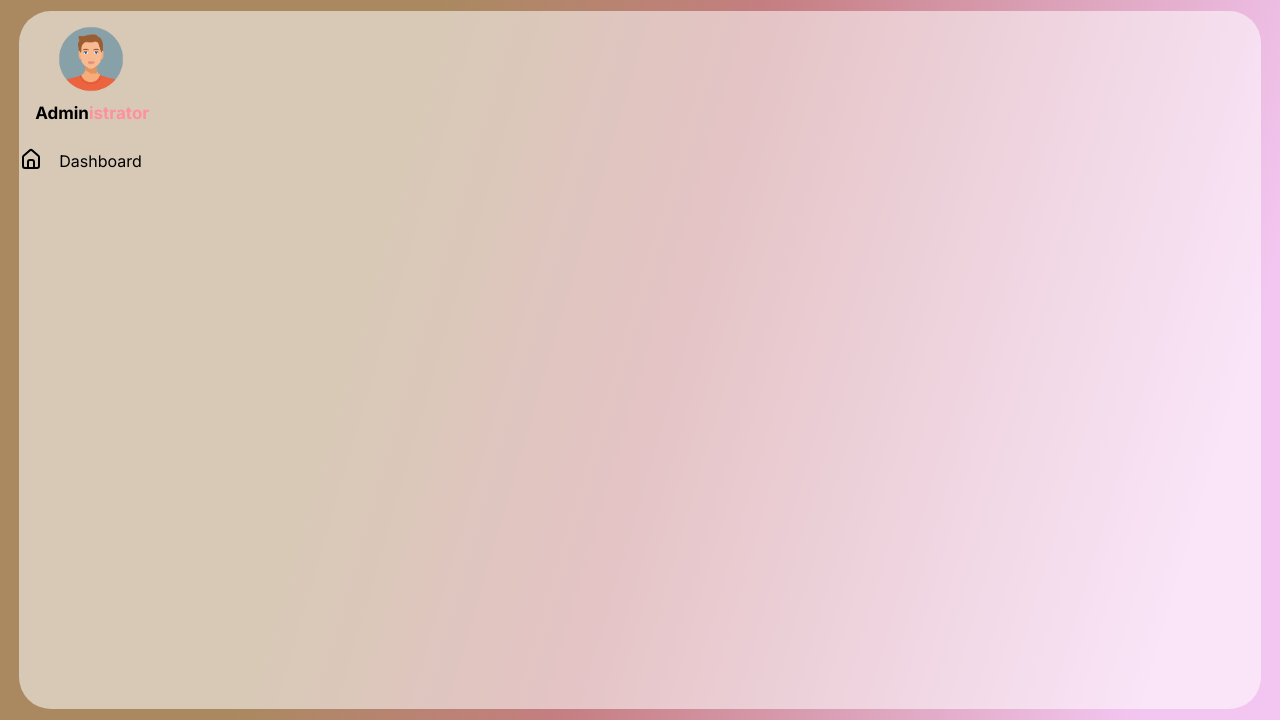
Repository: Zeeohn/react-admin-dash1
Page: /
The author's editor kept a copy of each file at every save. The page is drawn from the files as they stood at one save, then again after a run of saves.
The browser window is 1280 px wide. The pictures show the whole page.
The project was rebuilt for these pictures with package versions that can differ from the ones it lists, and the page was loaded fresh each time.

Above is the page before, as saved 2022-05-20 12:29:19.

### public/index.html
<!DOCTYPE html>
<html lang="en">
  <head>
    <meta charset="utf-8" />
    <meta name="viewport" content="width=device-width, initial-scale=1" />
    <meta name="theme-color" content="#000000" />
    <meta
      name="description"
      content="Web site created using create-react-app"
    />
    <link rel="preconnect" href="https://fonts.googleapis.com" />
    <link rel="preconnect" href="https://fonts.gstatic.com" crossorigin />
    <link
      href="https://fonts.googleapis.com/css2?family=Inter:wght@400;500;700&family=Poppins:ital,wght@0,100;0,200;0,300;0,400;0,500;0,600;0,700;0,800;0,900;1,100;1,200;1,300;1,400;1,500;1,600;1,700;1,800;1,900&display=swap"
      rel="stylesheet"
    />

    <style>
      body {
        margin: 0;
      }
    </style>
    <!--
      manifest.json provides metadata used when your web app is installed on a
      user's mobile device or desktop. See https://developers.google.com/web/fundamentals/web-app-manifest/
    -->
    <!--
      Notice the use of %PUBLIC_URL% in the tags above.
      It will be replaced with the URL of the `public` folder during the build.
      Only files inside the `public` folder can be referenced from the HTML.

      Unlike "/favicon.ico" or "favicon.ico", "%PUBLIC_URL%/favicon.ico" will
      work correctly both with client-side routing and a non-root public URL.
      Learn how to configure a non-root public URL by running `npm run build`.
    -->
    <title>React App</title>
  </head>
  <body>
    <noscript>You need to enable JavaScript to run this app.</noscript>
    <div id="root"></div>
    <!--
      This HTML file is a template.
      If you open it directly in the browser, you will see an empty page.

      You can add webfonts, meta tags, or analytics to this file.
      The build step will place the bundled scripts into the <body> tag.

      To begin the development, run `npm start` or `yarn start`.
      To create a production bundle, use `npm run build` or `yarn build`.
    -->
  </body>
</html>

### src/index.js
import React from 'react';
import ReactDOM from 'react-dom/client';
import App from './App';

const root = ReactDOM.createRoot(document.getElementById('root'));
root.render(
  <App />
)

// If you want to start measuring performance in your app, pass a function
// to log results (for example: reportWebVitals(console.log))
// or send to an analytics endpoint. Learn more: https://bit.ly/CRA-vitals

### src/App.js
import "./App.css";
import Sidebar from "./components/sidebar/Sidebar.jsx";

function App() {
  return (
    <div className="App">
      <div className="AppGlass">
        <Sidebar />
        <div></div>
        <div></div>
      </div>
    </div>
  );
}

export default App;

### src/App.css
:root {
  --yellow: linear-gradient(180deg, #f8d49a -146.42%, #fad79d -46.42%);
  --orange: #fca61f;
  --black: #242d49;
  --gray: #788097;
  --purple: linear-gradient(180deg, #bb67ff 0%, #c484f3 100%);
  --pink: #ff919d;
  --glass: rgba(255, 255, 255, 0.54);
  --boxShadow: 0px 19px 60px rgb(0 0 0 / 8%);
  --smboxShadow: -79px 51px 60px rgba(0, 0, 0, 0.08);
  --activeItem: #f799a354;
}

.App {
  background: linear-gradient(
    106.37deg,
    #aa8960 29.63%,
    #c57e81 51.55%,
    #f3c6f1 90.85%
  );
  height: 100vh;
  display: flex;
  justify-content: center;
  align-items: center;
  font-family: "Inter", sans-serif;
}

.AppGlass {
  display: grid;
  height: 97%;
  width: 97%;
  border-radius: 2rem;
  background-color: var(--glass);
  overflow: hidden;
  grid-template-columns: 11rem auto 23rem;
}

### src/components/sidebar/Sidebar.jsx
import React from "react";
import "./Sidebar.css";
import Placeholder from "../../imgs/placeholder.png";

import { UilEstate } from "@iconscout/react-unicons";

const Sidebar = () => {
  return (
    <div className="Sidebar">
      {/*logo*/}
      <div className="logo">
        <img src={Placeholder} alt="Admin placeholder" />
        <span>
          Admin<span>istrator</span>
        </span>
      </div>
      <div className="menu">
        <div className="menuItem">
          <div>
            <UilEstate />
          </div>
          <span>Dashboard</span>
        </div>
      </div>
    </div>
  );
};

export default Sidebar;

### src/components/sidebar/Sidebar.css
.Sidebar {
  display: flex;
  flex-direction: column;
  position: relative;
  padding-top: 0.5rem;
  transition: all 300ms ease;
}

.logo {
  display: block;
  height: 4rem;
  font-weight: bold;
  font-size: 17px;
  gap: 0.1rem;
  padding-left: 1rem;
  align-items: center;
  justify-content: center;
}

.logo > img {
  width: 5rem;
  height: 5rem;
  padding-left: 1rem;
}

.logo > span > span {
  color: var(--pink);
}

/* Menu */

.menu {
  margin-top: 4rem;
  display: flex;
  flex-direction: column;
  gap: 2rem;
}

.menuItem {
  display: flex;
  align-items: center;
  gap: 1rem;
}

### src/Data/Data.js
// Sidebar imports
import {
  UilEstate,
  UilClipboardAlt,
  UilUsersAlt,
  UilPackage,
  UilChart,
  UilSignOutAlt,
} from "@iconscout/react-unicons";

export const SidebarData = [
  {
    icon: UilEstate,
    heading: "Dashboard",
  },
  {
    icon: UilClipboardAlt,
    heading: "Orders",
  },
  {
    icon: UilUsersAlt,
    heading: "Customers",
  },
  {
    icon: UilPackage,
    heading: "Products",
  },
  {
    icon: UilChart,
    heading: "Analytics",
  },
];

After the next 2 saves:
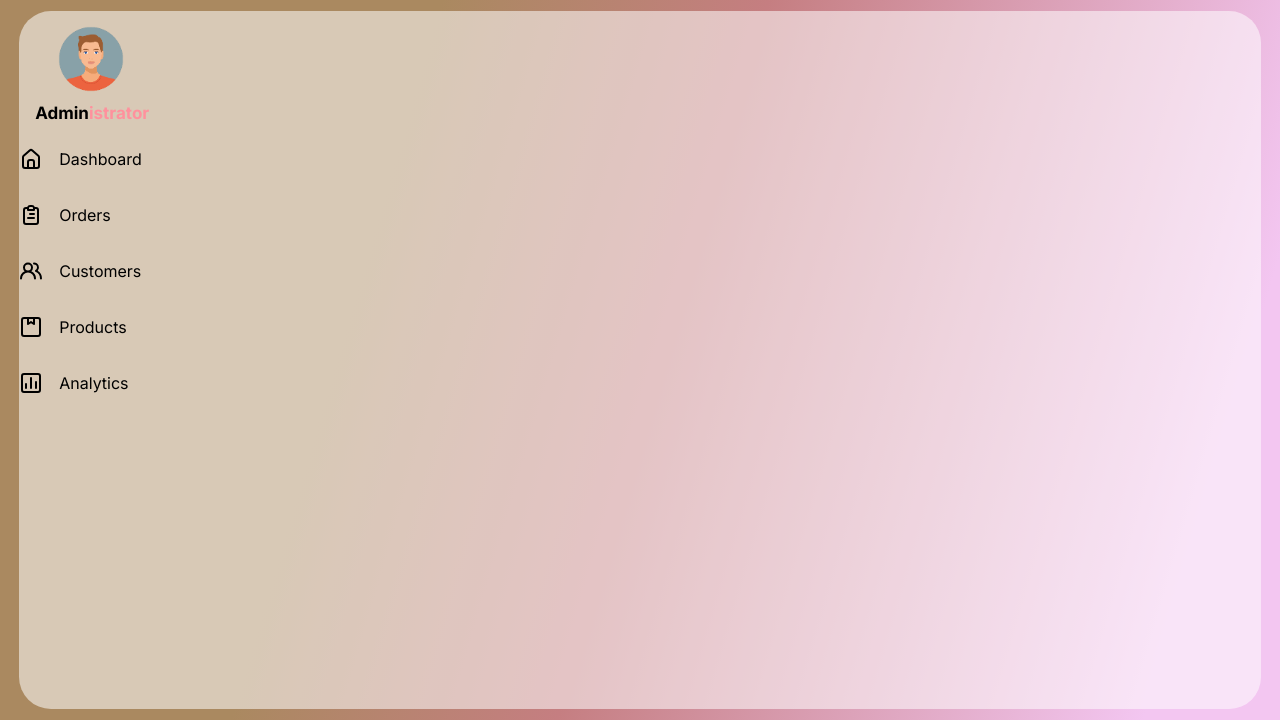
The 2 saves are shown as one change because 1 did not build or start.
The last was saved 4 min 44 s later.
--- a/src/components/sidebar/Sidebar.jsx
+++ b/src/components/sidebar/Sidebar.jsx
@@ -2,7 +2,7 @@ import React from "react";
 import "./Sidebar.css";
 import Placeholder from "../../imgs/placeholder.png";
 
-import { UilEstate } from "@iconscout/react-unicons";
+import { SidebarData } from "../../Data/Data.js";
 
 const Sidebar = () => {
   return (
@@ -15,12 +15,14 @@ const Sidebar = () => {
         </span>
       </div>
       <div className="menu">
-        <div className="menuItem">
-          <div>
-            <UilEstate />
-          </div>
-          <span>Dashboard</span>
-        </div>
+        {SidebarData.map((item, index) => {
+          return (
+            <div className="menuItem">
+              <item.icon />
+              <span>{item.heading}</span>
+            </div>
+          );
+        })}
       </div>
     </div>
   );
